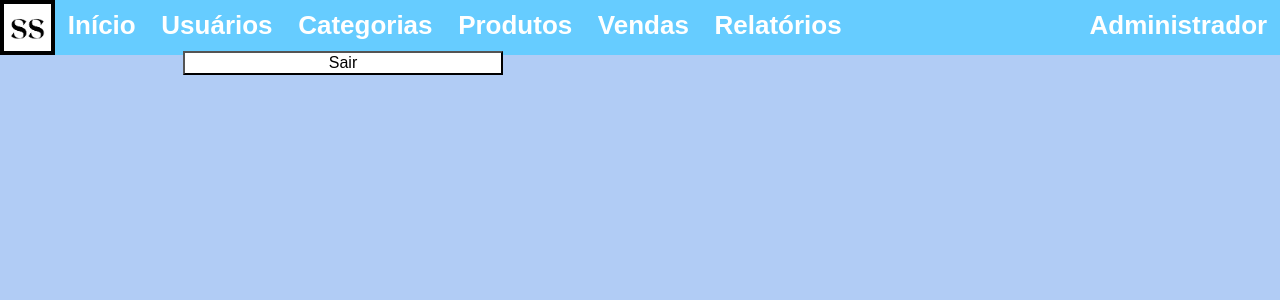
Repository: FaculdadeSenaiJoinville/PiMichelBaade
Page: ProjetoIndividual/WebContent/pages/admin/adminInicio.html
An editor plug-in stored every save of this project. The page is shown before and after the next save, followed by the edit.
The browser window is 1280 px wide. The pictures show the whole page.

Above is the page before, as saved 2021-08-14 00:49:35.

### ProjetoIndividual/WebContent/pages/admin/adminInicio.html
<!DOCTYPE html>
<html>
<head>
<meta charset="UTF-8">
	<meta name="description" content="Site da Software dos Sonhos">
	<meta name="keywords" content="Padaria, Software, Sonhos">
	<meta name="author" content="Michel Baade">
	<meta name="viewport" content="width=device-width, initial-scale=1.0">
<title>Software dos Sonhos</title>
<link rel="stylesheet" type="text/css" href="../../css/site.css">
</head>
<body>
<nav>
<div ><img src="../../imgs/logomenor.png" alt="Logo da Software dos Sonhos" id="logomenor"></div>
<a href="#"><div class="opcao">Início</div></a>
<a href="#"><div class="opcao">Usuários</div></a>
<a href="#"><div class="opcao">Categorias</div></a>
<a href="#"><div class="opcao">Produtos</div></a>
<a href="#"><div class="opcao">Vendas</div></a>
<a href="#"><div class="opcao">Relatórios</div></a>
<a href="#"><div class="usuario">Administrador</div></a>
<button>Sair</button>
</nav>



</body>
</html>

### ProjetoIndividual/WebContent/css/site.css
@charset "UTF-8";

body{
	width: 100%;
	margin: 0 auto;
	font-family: "Century Gothic", sans-serif;
	height: 100%;
	font-weight: bold;
	background-color: #b1ccf5;
}
img{
	border:4px solid #000;
	max-width:125px;
  	max-height:125px;
}
#logomenor{
	height: auto;
    width: auto;
    max-width: 47px;
    max-height: 47px;
}
form{
	border:4px solid #000;
	width: 33%;
	margin: 100px auto;
	height: 33%;
	padding: 3%;
	background-color: #FFF;
}
#logo{
	text-align: center;
}
#camposlogin{
	margin: 15px;
	text-align: center;
}
a{
	text-decoration: underline;
}
button {
	width: 25%;
	font-size: 16px;
	margin: 0 10%;
	background-color: #FFF;
}

input{
	margin: 10px auto;
}

nav{
	clear: both;
	width: 100%;
	margin: 0px auto;
	height: 55px;
	background-color: #66ccff;
}
nav a{
	color: white;
	text-decoration: none;
	text-align: center;
}
nav .opcao{
	float: left;
	width: auto;
	background-color: #66ccff;
	padding: 10px 0;
	margin: 0 1%;
	font-size: 26px;
}
.usuario{
	float: right;
	width: auto;
	background-color: #66ccff;
	padding: 10px 0;
	margin: 0 1%;
	font-size: 26px;
}
nav .opcao:hover{
	background-color: #83afd3;
}
nav #logomenor{
	float: left;
	height: 55px;
	width: 55px;
}
#usuario{
	text-align: right;
}

After the next save:
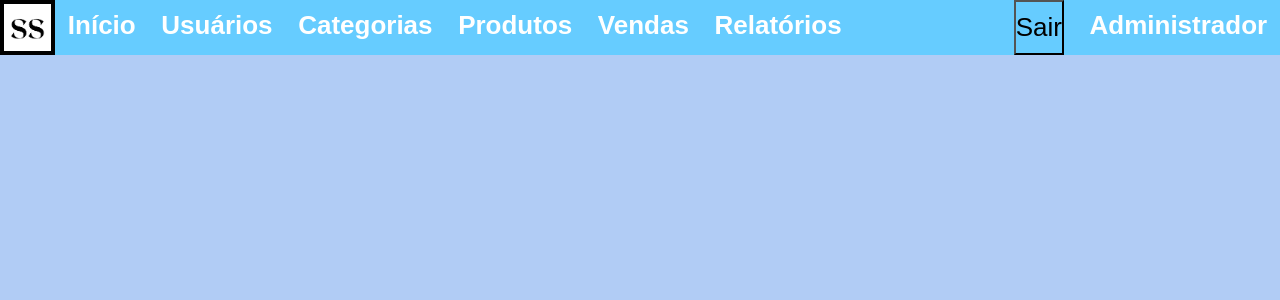
Saved 16 s later.
--- a/ProjetoIndividual/WebContent/pages/admin/adminInicio.html
+++ b/ProjetoIndividual/WebContent/pages/admin/adminInicio.html
@@ -19,7 +19,7 @@
 <a href="#"><div class="opcao">Vendas</div></a>
 <a href="#"><div class="opcao">Relatórios</div></a>
 <a href="#"><div class="usuario">Administrador</div></a>
-<button>Sair</button>
+<button class="usuario">Sair</button>
 </nav>
 
 
